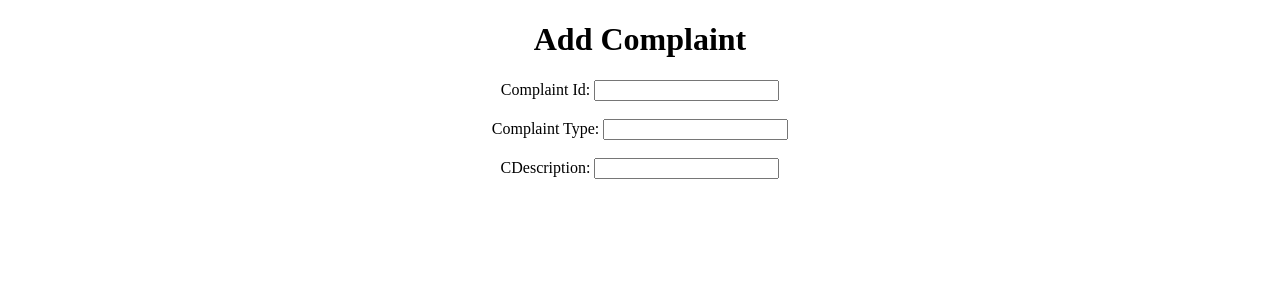
Repository: SatyaPrakash2023/Infinite_Javatraining
Page: http://localhost/ComplaintRegister/AddComplaint.jsp
These files come from the project's save history. The page is drawn as it stood at one moment and after the next save; the edit follows.
The browser window is 1280 px wide. The pictures show the whole page.
The page is served by Tomcat 9. Other server files are loaded and not shown.

Above is the page before, as saved 2023-10-01 18:49:46.

### Task/Complaint/ComplaintRegister/src/main/webapp/AddComplaint.jsp
<%@ page language="java" contentType="text/html; charset=ISO-8859-1"
    pageEncoding="ISO-8859-1"%>
<!DOCTYPE html>
<html>
<head>
<meta charset="ISO-8859-1">
<title>Insert title here</title>
</head>
<body>
<form method="get" action="AddComplaint.jsp">
	<center>
	<h1>Add Complaint</h1>
	Complaint Id:
		<input type="text" name="complaintId"/><br><br/>
	Complaint Type:
		<input type="text" name="complaintType"/><br><br/>
	CDescription:
		<input type="text" name="description"/><br><br/>
	</center>
</form>

</body>
</html>

After the next save:
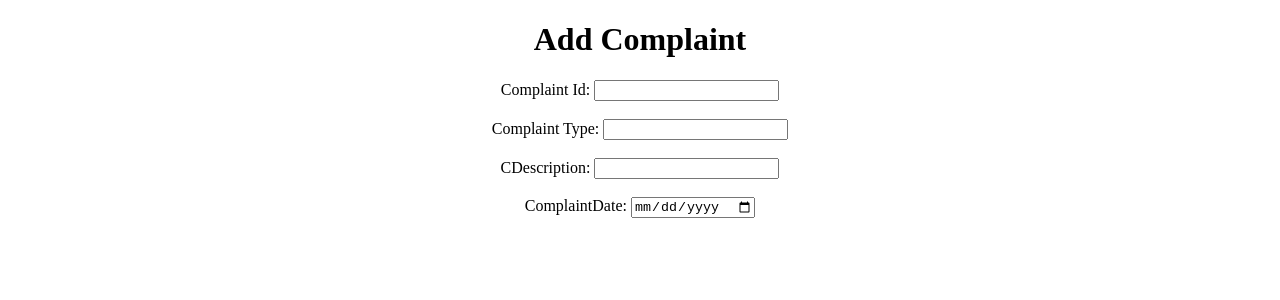
Saved 97 s later.
--- a/Task/Complaint/ComplaintRegister/src/main/webapp/AddComplaint.jsp
+++ b/Task/Complaint/ComplaintRegister/src/main/webapp/AddComplaint.jsp
@@ -16,6 +16,8 @@
 		<input type="text" name="complaintType"/><br><br/>
 	CDescription:
 		<input type="text" name="description"/><br><br/>
+	ComplaintDate:
+		<input type="date" name="CDate"/><br><br/>
 	</center>
 </form>
 
